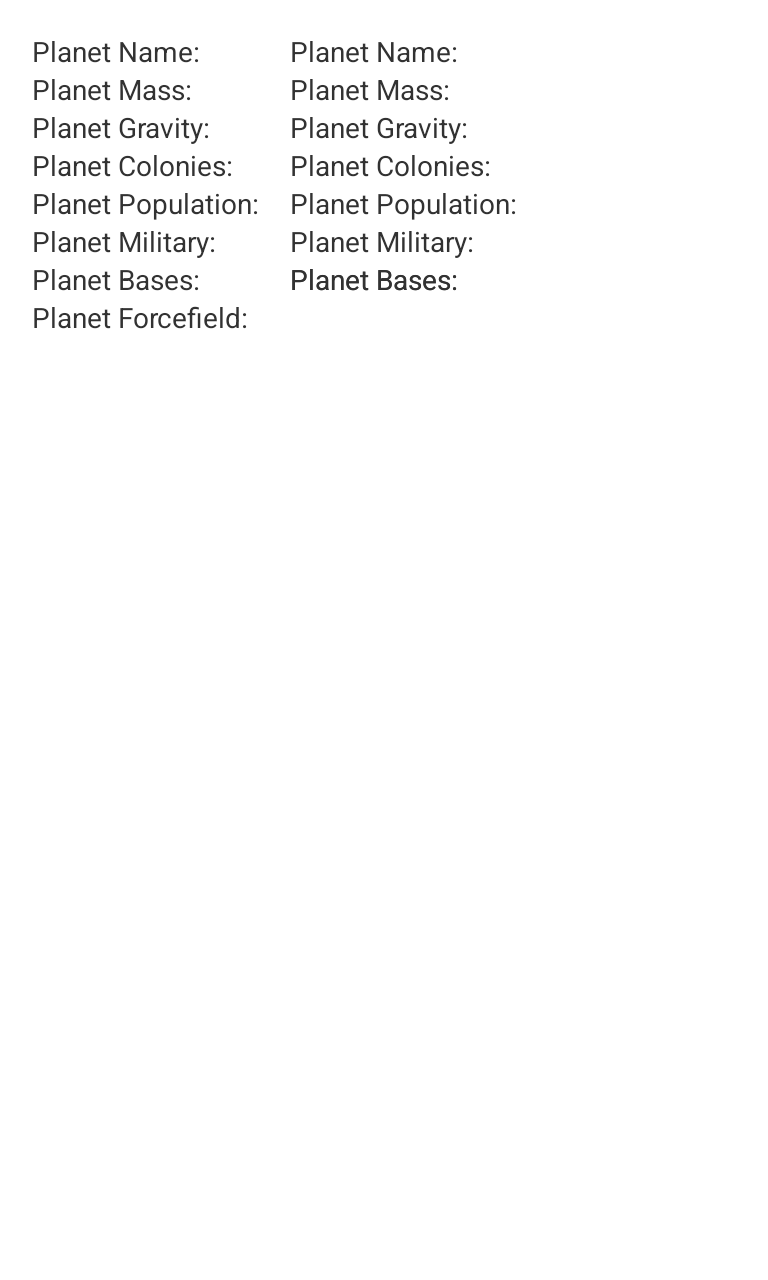
Repository: blender-head/android_basic
Layout: Hello_World/res/layout/activity_main.xml
An editor plug-in stored every save of this project. The layout is shown before and after a run of saves, followed by the edit.
It is drawn on a 768 x 1280 px phone screen (xhdpi) without system bars, with theme AppTheme; the app's code is not run. The app's manifest (not shown) leaves right-to-left support off. So textAlignment, textDirection and layoutDirection are ignored, and left and right values win over start and end ones.

Above is the layout before, as saved 2013-12-31 15:32:50.

### Hello_World/res/layout/activity_main.xml
<RelativeLayout xmlns:android="http://schemas.android.com/apk/res/android"
    xmlns:tools="http://schemas.android.com/tools"
    android:layout_width="match_parent"
    android:layout_height="match_parent"
    android:paddingBottom="@dimen/activity_vertical_margin"
    android:paddingLeft="@dimen/activity_horizontal_margin"
    android:paddingRight="@dimen/activity_horizontal_margin"
    android:paddingTop="@dimen/activity_vertical_margin"
    tools:context=".MainActivity" >

	<TextView
        android:id="@+id/textView1"
        android:layout_width="wrap_content"
        android:layout_height="wrap_content"
        android:text="@string/planet_name_label" />

	<TextView
        android:id="@+id/dataView1"
        android:layout_toRightOf="@+id/textView1"
        android:layout_marginLeft="45dip"
        android:layout_width="wrap_content"
        android:layout_height="wrap_content"
        android:text="@string/planet_name_label" />

	<TextView
        android:id="@+id/textView2"
        android:layout_below="@+id/textView1"
        android:layout_width="wrap_content"
        android:layout_height="wrap_content"
        android:text="@string/planet_mass_label" />

	<TextView
        android:id="@+id/dataView2"
        android:layout_toRightOf="@+id/textView2"
        android:layout_alignStart="@+id/dataView1"
        android:layout_below="@+id/dataView1"
        android:layout_width="wrap_content"
        android:layout_height="wrap_content"
        android:text="@string/planet_mass_label" />

	<TextView
        android:id="@+id/textView3"
        android:layout_below="@+id/textView2"
        android:layout_width="wrap_content"
        android:layout_height="wrap_content"
        android:text="@string/planet_gravity_label" />

	<TextView
        android:id="@+id/dataView3"
        android:layout_toRightOf="@+id/textView3"
        android:layout_alignStart="@+id/dataView2"
        android:layout_below="@+id/dataView2"
        android:layout_width="wrap_content"
        android:layout_height="wrap_content"
        android:text="@string/planet_gravity_label" />

	<TextView
        android:id="@+id/textView4"
        android:layout_below="@+id/textView3"
        android:layout_width="wrap_content"
        android:layout_height="wrap_content"
        android:text="@string/planet_colonies_label" />

	<TextView
        android:id="@+id/dataView4"
        android:layout_toRightOf="@+id/textView4"
        android:layout_alignStart="@+id/dataView3"
        android:layout_below="@+id/dataView3"
        android:layout_width="wrap_content"
        android:layout_height="wrap_content"
        android:text="@string/planet_colonies_label" />

	<TextView
        android:id="@+id/textView5"
        android:layout_below="@+id/textView4"
        android:layout_width="wrap_content"
        android:layout_height="wrap_content"
        android:text="@string/planet_population_label" />

	<TextView
        android:id="@+id/dataView5"
        android:layout_toRightOf="@+id/textView5"
        android:layout_alignStart="@+id/dataView4"
        android:layout_below="@+id/dataView4"
        android:layout_width="wrap_content"
        android:layout_height="wrap_content"
        android:text="@string/planet_population_label" />

	<TextView
        android:id="@+id/textView6"
        android:layout_below="@+id/textView5"
        android:layout_width="wrap_content"
        android:layout_height="wrap_content"
        android:text="@string/planet_military_label" />

	<TextView
        android:id="@+id/dataView6"
        android:layout_toRightOf="@+id/textView6"
        android:layout_alignStart="@+id/dataView5"
        android:layout_below="@+id/dataView5"
        android:layout_width="wrap_content"
        android:layout_height="wrap_content"
        android:text="@string/planet_military_label" />

	<TextView
        android:id="@+id/textView7"
        android:layout_below="@+id/textView6"
        android:layout_width="wrap_content"
        android:layout_height="wrap_content"
        android:text="@string/planet_bases_label" />

	<TextView
        android:id="@+id/dataView7"
        android:layout_toRightOf="@+id/textView7"
        android:layout_alignStart="@+id/dataView6"
        android:layout_below="@+id/dataView6"
        android:layout_width="wrap_content"
        android:layout_height="wrap_content"
        android:text="@string/planet_bases_label" />

	<TextView
        android:id="@+id/textView8"
        android:layout_below="@+id/textView7"
        android:layout_width="wrap_content"
        android:layout_height="wrap_content"
        android:text="@string/planet_forcefield_label" />

	<TextView
        android:id="@+id/dataView7"
        android:layout_toRightOf="@+id/textView7"
        android:layout_alignStart="@+id/dataView6"
        android:layout_below="@+id/dataView6"
        android:layout_width="wrap_content"
        android:layout_height="wrap_content"
        android:text="@string/planet_bases_label" />

</RelativeLayout>

### Hello_World/res/values/strings.xml
<?xml version="1.0" encoding="utf-8"?>
<resources>

    <string name="app_name">Hello_World</string>
    <string name="action_settings">Settings</string>
    <string name="hello_world">Hello world!</string>

    <string name="planet_name_label">Planet Name: </string>
	<string name="planet_mass_label">Planet Mass: </string>
	<string name="planet_gravity_label">Planet Gravity: </string>
	<string name="planet_colonies_label">Planet Colonies: </string>
	<string name="planet_population_label">Planet Population: </string>
	<string name="planet_military_label">Planet Military: </string>
	<string name="planet_bases_label">Planet Bases: </string>
	<string name="planet_forcefield_label">Planet Forcefield: </string>

</resources>

Loaded but not shown: Hello_World/res/values/styles.xml (common file); Hello_World/res/values-v11/styles.xml (common file); Hello_World/res/values-v14/styles.xml (common file); Hello_World/res/values/dimens.xml (common file)

After the next 2 saves:
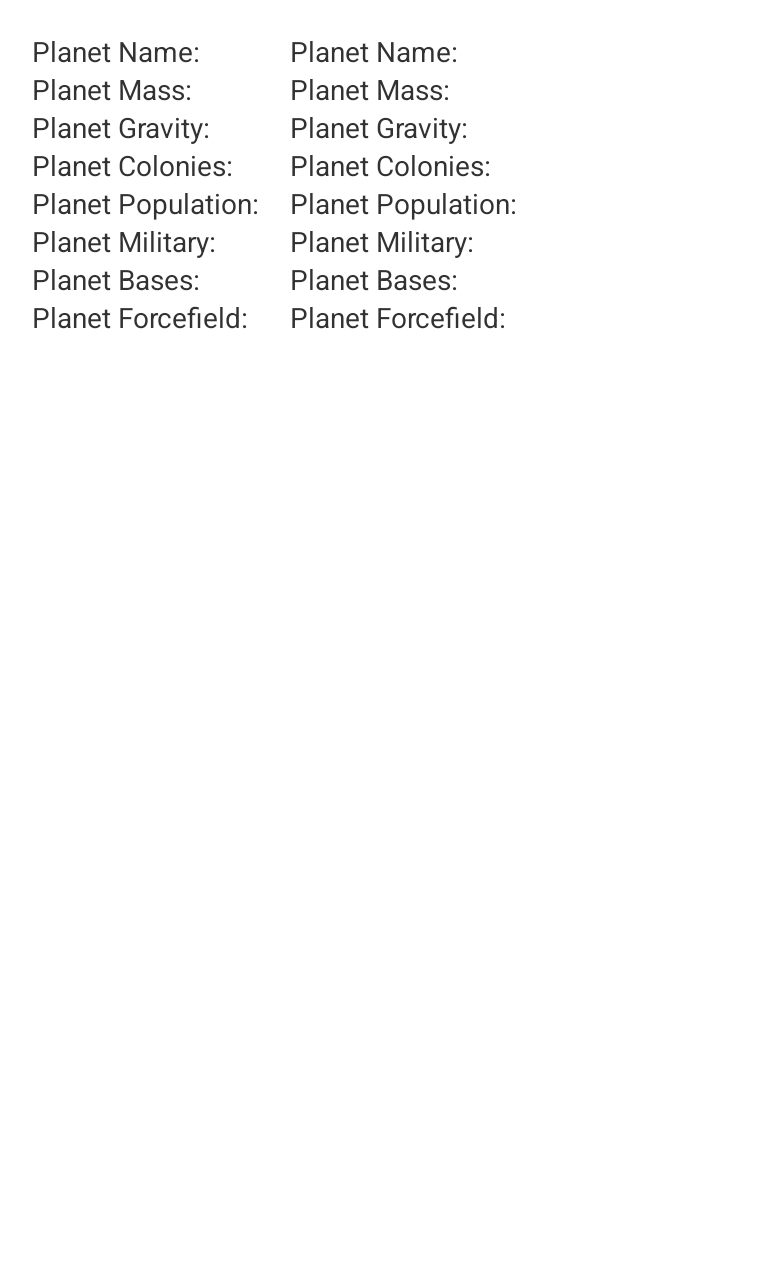
The 2 saves are shown as one change because they came seconds apart.
The last was saved 12 s later.
--- a/Hello_World/res/layout/activity_main.xml
+++ b/Hello_World/res/layout/activity_main.xml
@@ -126,12 +126,12 @@
         android:text="@string/planet_forcefield_label" />
 
 	<TextView
-        android:id="@+id/dataView7"
-        android:layout_toRightOf="@+id/textView7"
-        android:layout_alignStart="@+id/dataView6"
-        android:layout_below="@+id/dataView6"
+        android:id="@+id/dataView8"
+        android:layout_toRightOf="@+id/textView8"
+        android:layout_alignStart="@+id/dataView7"
+        android:layout_below="@+id/dataView7"
         android:layout_width="wrap_content"
         android:layout_height="wrap_content"
-        android:text="@string/planet_bases_label" />
+        android:text="@string/planet_forcefield_label" />
 
 </RelativeLayout>
